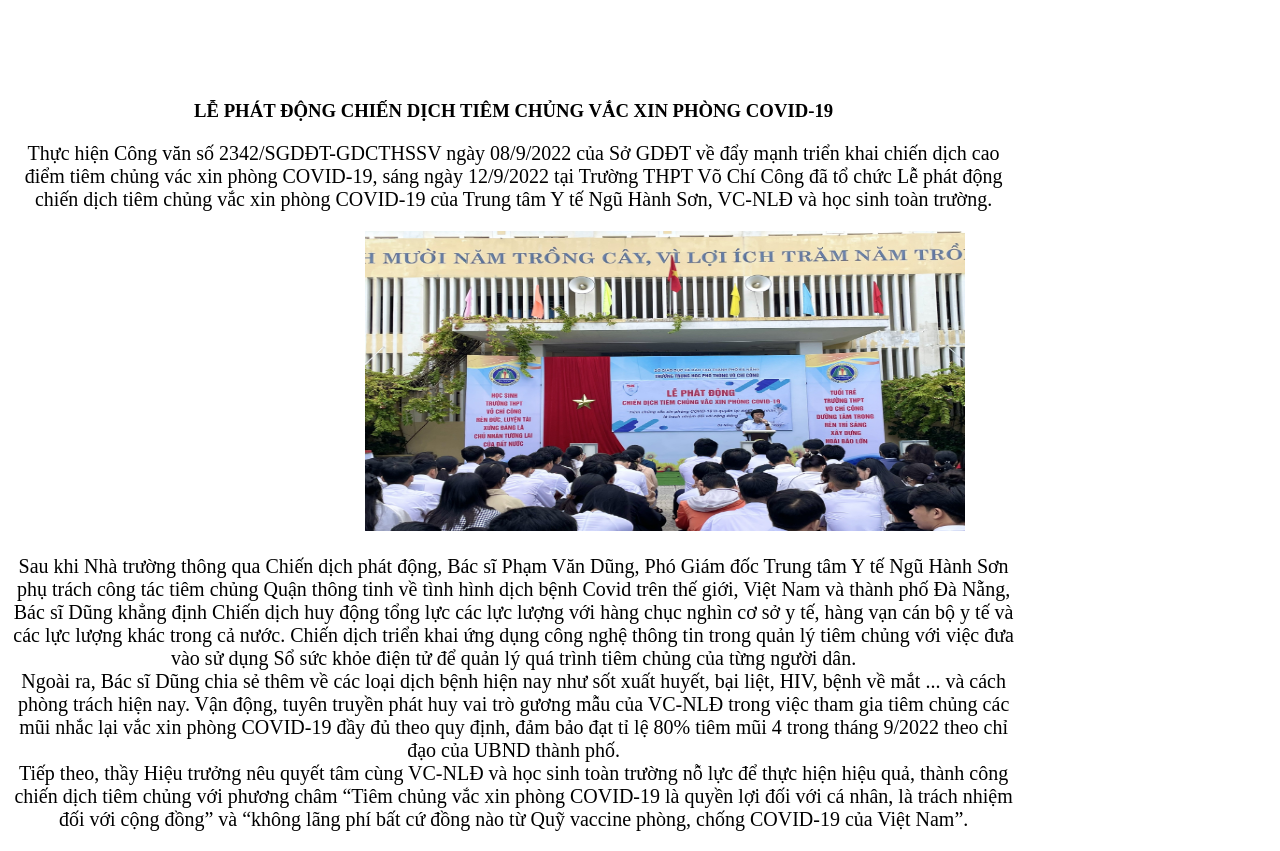
Repository: dphasst17/THPTVCC
Page: new/new_content/new_conten1.html
The author's editor kept a copy of each file at every save. The page is drawn from the files as they stood at one save, then again after the next save.
The browser window is 1280 px wide. The pictures show the whole page.

Above is the page before, as saved 2022-10-13 10:46:19.

After the next save:
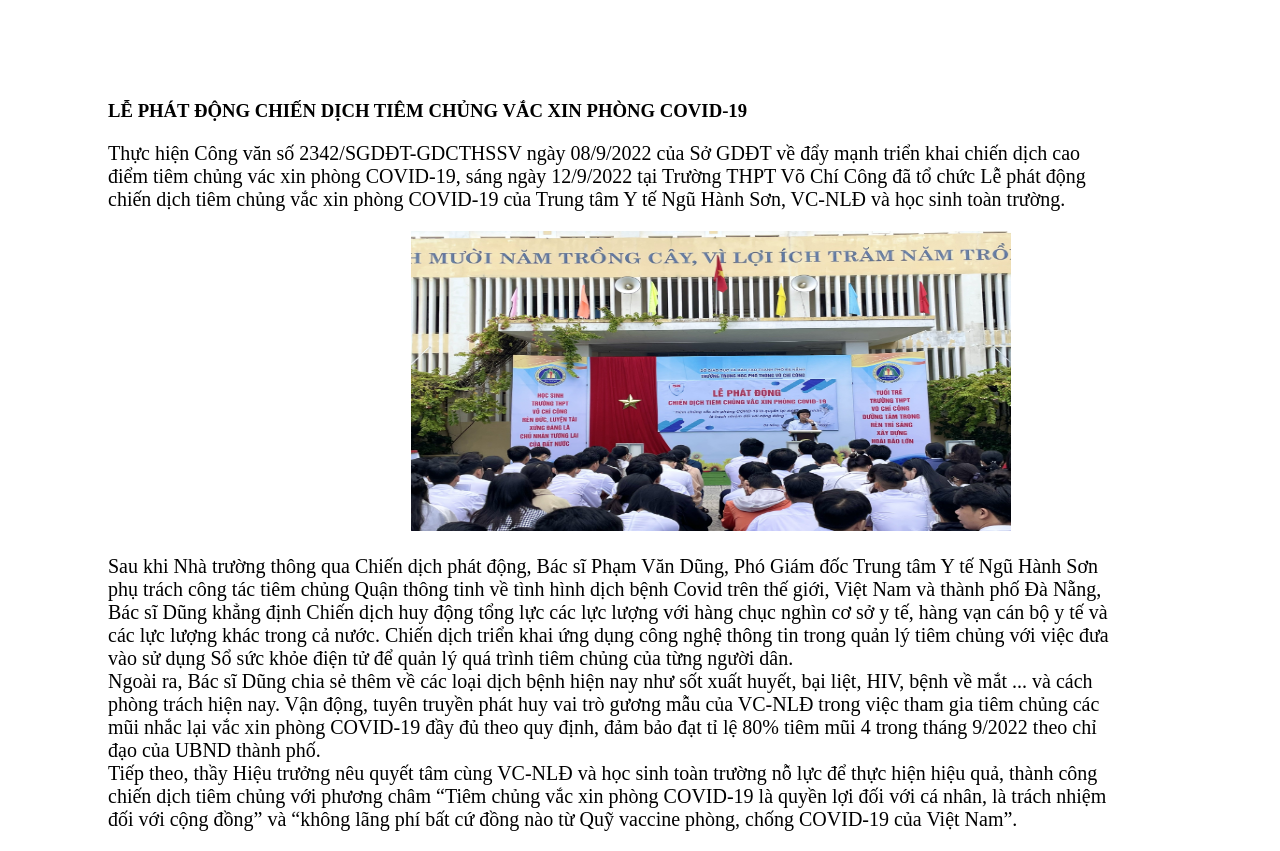
Saved 15 s later.
--- a/new/new_content/new_conten1.html
+++ b/new/new_content/new_conten1.html
@@ -10,7 +10,7 @@
             width:80%;
             height:auto;
             margin-top:100px;
-            text-align:center;
+            margin-left:100px;
         }
         p{
             font-size:20px;
